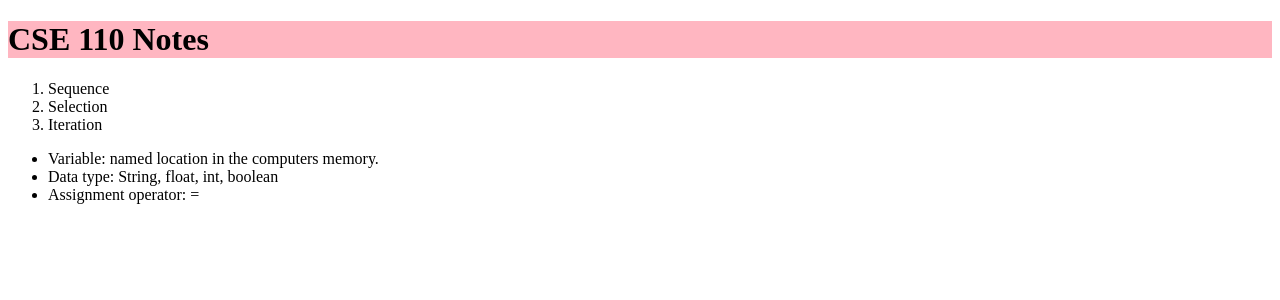
Repository: harleywolfley/wdd130
Page: spring25/cse110/cseindex.html
The author's editor kept a copy of each file at every save. The page is drawn from the files as they stood at one save, then again after the next save.
The browser window is 1280 px wide. The pictures show the whole page.

Above is the page before, as saved 2025-04-29 16:37:06.

### spring25/cse110/cseindex.html
<!DOCTYPE html>
<html>
    <head>
        <link rel="stylesheet" href="csestyle.css">
    </head>
    <body>
        <header>
            <h1>CSE 110 Notes</h1>
        </header>
        <ol>
            <li>Sequence</li>
            <li>Selection</li>
            <li>Iteration</li>
        </ol>
        <ul>
        <li>Variable: named location in the computers memory.</li>
        <li>Data type: String, float, int, boolean</li>
        <li>Assignment operator: =</li>
        </ul>
    </body>
</html>

### spring25/cse110/csestyle.css
header {
    background-color: lightpink;
    max-width: 100%;
}

After the next save:
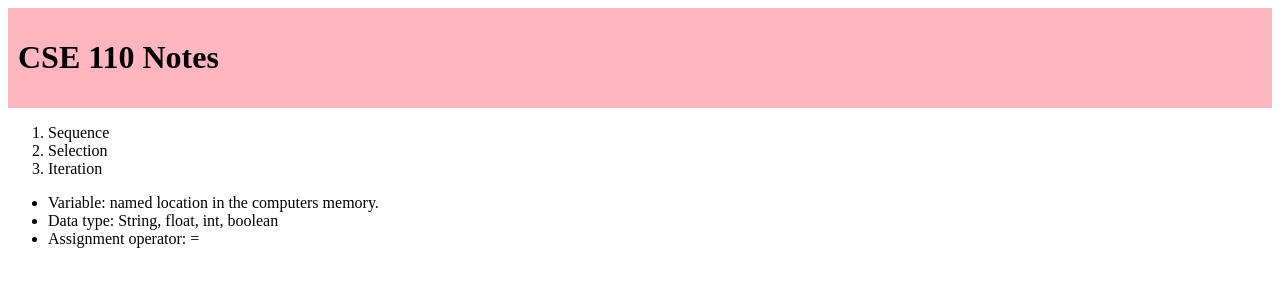
Saved 60 s later.
--- a/spring25/cse110/csestyle.css
+++ b/spring25/cse110/csestyle.css
@@ -1,4 +1,4 @@
 header {
     background-color: lightpink;
-    max-width: 100%;
+    padding: 10px 10px;
 }
